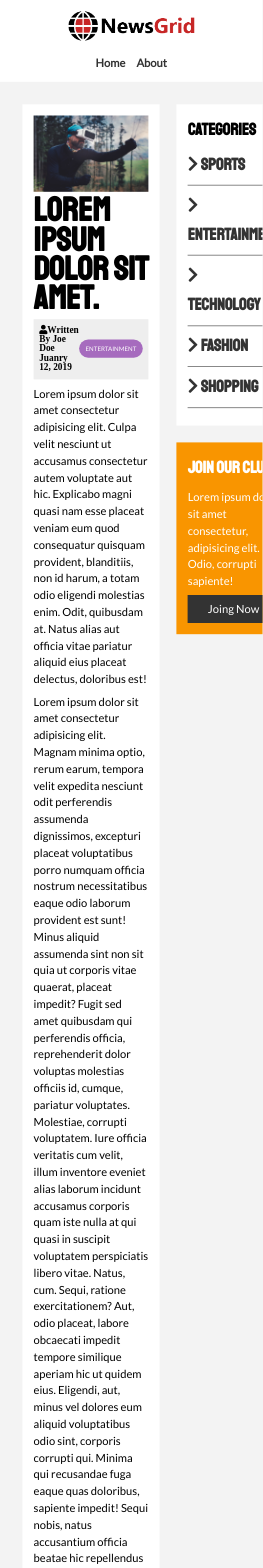
Repository: EswinGiova/NewsGrid
Page: article.html
The author's editor kept a copy of each file at every save. The page is drawn from the files as they stood at one save, then again after the next save.
The browser window is 375 px wide. The pictures show the part of the page from y = 0 to 2240 px (the page is 3350 px tall before and 3123 px after), at 70% of full size.
Some web libraries are served in a nearby version.

Above is the page before, as saved 2020-09-21 18:21:06.

### article.html
<!DOCTYPE html>
<html lang="en">
  <head>
    <meta charset="UTF-8" />
    <meta name="viewport" content="width=device-width, initial-scale=1.0" />
    <link rel="shortcut icon" type="image/x-icon" href="favicon.ico" />
    <link
      href="https://fonts.googleapis.com/css2?family=Lato&family=Staatliches&display=swap"
      rel="stylesheet"
    />
    <link rel="stylesheet" href="./css/style.css" />
    <link
      rel="stylesheet"
      media="screen and (max-width: 768px)"
      href="./css/mobile.css"
    />

    <link
      rel="stylesheet"
      href="https://cdnjs.cloudflare.com/ajax/libs/font-awesome/5.14.0/css/all.min.css"
      integrity="sha512-1PKOgIY59xJ8Co8+NE6FZ+LOAZKjy+KY8iq0G4B3CyeY6wYHN3yt9PW0XpSriVlkMXe40PTKnXrLnZ9+fkDaog=="
      crossorigin="anonymous"
    />

    <title>NewsGrid | Latest News</title>
  </head>
  <body>
    <nav id="main-nav">
      <div class="container">
        <img src="./image_resources/logo.png" alt="" class="logo" />
        <div class="social">
          <a href="#" target="_blank"><i class="fab fa-facebook fa-2x"></i></a>
          <a href="#" target="_blank"><i class="fab fa-twitter fa-2x"></i></a>
          <a href="#" target="_blank"><i class="fab fa-instagram fa-2x"></i></a>
          <a href="#" target="_blank"><i class="fab fa-youtube fa-2x"></i></a>
        </div>
        <ul>
          <li><a href="./index.html">Home</a></li>
          <li><a href="./about.html">About </a></li>
        </ul>
      </div>
    </nav>

    <section id="article">
      <div class="container">
        <div class="page-container">
          <article class="card">
            <img src="./image_resources/articles/ent1.jpg" alt="" />
            <h1 class="l-heading">Lorem ipsum dolor sit amet.</h1>
            <div class="meta">
              <small>
                <i class="fas fa-user">Written By Joe Doe Juanry 12, 2019</i>
              </small>
              <div class="category category-ent">Entertainment</div>
            </div>
            <p>
              Lorem ipsum dolor sit amet consectetur adipisicing elit. Culpa
              velit nesciunt ut accusamus consectetur autem voluptate aut hic.
              Explicabo magni quasi nam esse placeat veniam eum quod consequatur
              quisquam provident, blanditiis, non id harum, a totam odio
              eligendi molestias enim. Odit, quibusdam at. Natus alias aut
              officia vitae pariatur aliquid eius placeat delectus, doloribus
              est!
            </p>
            <p>
              Lorem ipsum dolor sit amet consectetur adipisicing elit. Magnam
              minima optio, rerum earum, tempora velit expedita nesciunt odit
              perferendis assumenda dignissimos, excepturi placeat voluptatibus
              porro numquam officia nostrum necessitatibus eaque odio laborum
              provident est sunt! Minus aliquid assumenda sint non sit quia ut
              corporis vitae quaerat, placeat impedit? Fugit sed amet quibusdam
              qui perferendis officia, reprehenderit dolor voluptas molestias
              officiis id, cumque, pariatur voluptates. Molestiae, corrupti
              voluptatem. Iure officia veritatis cum velit, illum inventore
              eveniet alias laborum incidunt accusamus corporis quam iste nulla
              at qui quasi in suscipit voluptatem perspiciatis libero vitae.
              Natus, cum. Sequi, ratione exercitationem? Aut, odio placeat,
              labore obcaecati impedit tempore similique aperiam hic ut quidem
              eius. Eligendi, aut, minus vel dolores eum aliquid voluptatibus
              odio sint, corporis corrupti qui. Minima qui recusandae fuga eaque
              quas doloribus, sapiente impedit! Sequi nobis, natus accusantium
              officia beatae hic repellendus distinctio rem quisquam doloribus
              similique delectus, architecto, ab inventore odit?
            </p>
          </article>
          <aside id="categories" class="card">
            <h2>
              categories
              <ul class="list">
                <li>
                  <a href="#"><i class="fas fa-chevron-right"></i> sports </a>
                </li>
                <li>
                  <a href="#"
                    ><i class="fas fa-chevron-right"></i> Entertainment
                  </a>
                </li>
                <li>
                  <a href="#"
                    ><i class="fas fa-chevron-right"></i> Technology
                  </a>
                </li>
                <li>
                  <a href="#"><i class="fas fa-chevron-right"></i> Fashion </a>
                </li>
                <li>
                  <a href="#"><i class="fas fa-chevron-right"></i> Shopping </a>
                </li>
              </ul>
            </h2>
          </aside>
          <aside class="card bg-secondary">
            <h2>Join Our Club</h2>
            <p>
              Lorem ipsum dolor sit amet consectetur, adipisicing elit. Odio,
              corrupti sapiente!
            </p>
            <a href="#" class="btn btn-dark btn-block">Joing Now</a>
          </aside>
        </div>
      </div>
    </section>

    <!-- footer -->
    <footer id="main-footer" class="py-2">
      <div class="container footer-container">
        <div>
          <img src="./image_resources/logo_light.png" alt="news" />
          <p>
            Lorem ipsum dolor sit amet consectetur adipisicing elit. Incidunt,
            sapiente dicta. Itaque sunt placeat veniam esse consequuntur
            expedita numquam sed.
          </p>
        </div>
        <div>
          <h3>Email Newsletter</h3>
          <p>
            Lorem ipsum dolor sit amet consectetur adipisicing elit. Dolorum,
            nulla!
          </p>
          <form>
            <input type="email" placeholder="Enter Email..." />
            <input type="submit" value="subscribe" class="btn btn-primary" />
          </form>
        </div>
        <div>
          <h3>Site Links</h3>
          <ul class="list">
            <li><a href="#">Help and Support</a></li>
            <li><a href="#">Privacy Policy</a></li>
            <li><a href="#">About Us</a></li>
            <li><a href="#">Contact</a></li>
          </ul>
        </div>
        <div>
          <h2>Joing Our CLub</h2>
          <p>
            Lorem, ipsum dolor sit amet consectetur adipisicing elit. Natus,
            quasi?
          </p>
          <a href="#" class="btn btn-secondary">Join News</a>
        </div>
        <div>
          <p>Copyright &Copy: 2019, All Rights Reserved</p>
        </div>
      </div>
    </footer>
  </body>
</html>

### css/style.css
:root {
  --primary-color: #c72727;
  --secondary-color: #f99500;
  --light-color: #f3f3f3;
  --dark-color: #333;
  --max-width: 1100px;
}

.category {
  --sports-color: #f99500;
  --ent-color: #a66bbe;
  --tech-color: #009cff;
}
* {
  margin: 0;
  padding: 0;
  box-sizing: border-box;
}
body {
  font-family: 'Lato', sans-serif !important;
  line-height: 1.5;
  background: var(--light-color);
}

a {
  color: var(--dark-color);
  text-decoration: none;
}

ul {
  list-style: none;
}
p {
  margin: 0.5rem 0;
}

img {
  width: 100%;
}

h1,
h2,
h3,
h4,
h5,
h6 {
  font-family: 'Staatliches', cursive;
  margin-bottom: 0.55rem;
  line-height: 2.6rem;
}

/*  utility class */

.container {
  max-width: var(--max-width);
  margin: auto;
  padding: 0 2rem;
  overflow: hidden;
}

/* category */

.category {
  display: inline-block;
  color: #fff;
  font-size: 0.55rem;
  text-transform: uppercase;
  padding: 0.4rem 0.6rem;
  border-radius: 15px;
  margin-bottom: 0.5rem;
}

.category-sports {
  background: var(--sports-color);
}
.category-ent {
  background: var(--ent-color);
}
.category-tech {
  background: var(--tech-color);
}

/* btn */

.btn {
  display: inline-block;
  border: none;
  background: var(--dark-color);
  color: #fff;
  padding: 0.5rem 1.5rem;
}

.btn-light {
  background: var(--light-color);
}
.btn-primary {
  background: var(--primary-color);
}
.btn-secondary {
  background: var(--secondary-color);
}
.btn:hover {
  opacity: 0.8;
}

.btn-block {
  display: block;
  width: 100%;
  text-align: center;
}

/* cards */

.card {
  background: white;
  padding: 1rem;
}

.bg-dark {
  background: var(--dark-color);
  color: white;
}
.bg-primary {
  background: var(--primary-color);
  color: white;
}
.bg-secondary {
  background: var(--secondary-color);
  color: #fff;
}
.py-1 {
  padding: 1.5rem 0;
}
.py-2 {
  padding: 2rem 0;
}
.py-3 {
  padding: 3rem 0;
}
.p-1 {
  padding: 1.5rem;
}
.p-2 {
  padding: 2rem;
}
.p-3 {
  padding: 3rem;
}

.l-heading {
  font-size: 3rem;
}

.bg-dark h1,
.bg-dark h2,
.bg-dark h3,
.bg-dark a,
.bg-primary h1,
.bg-primary h2,
.bg-primary h3,
.bg-primary a,
.bg-secondary h1,
.bg-secondary h2,
.bg-secondary h3,
.bg-secondary a {
  color: #fff;
}

.list li {
  padding: 0.5rem 0;
  border-bottom: 1px solid #555;
  width: 90%;
}
.list li a:hover {
  color: var(--primary-color) !important;
}

/* inner page container */
.page-container {
  display: grid;
  grid-template-columns: 5fr 2fr;
  margin: 2rem 0;
  grid-gap: 1.5rem;
}
.page-container > *:first-child {
  grid-row: 1 / span 3;
}

/* Navigation */
#main-nav {
  background: #fff;
  position: sticky;
  top: 0;
  z-index: 2;
}

#main-nav .container {
  display: grid;
  grid-template-columns: 6fr 3fr 2fr;
  padding: 1rem;
  align-items: center;
}

#main-nav .logo {
  width: 180px;
}

#main-nav ul {
  display: flex;
  justify-self: end;
}

#main-nav ul li a {
  padding: 0.77rem;
  font-weight: bold;
}

#main-nav ul li .current {
  background: var(--primary-color);
  color: white;
}

#main-nav ul li .current:hover {
  background: var(--light-color);
  color: var(--dark-color);
}
#main-nav .social {
  justify-self: center;
}

#main-nav .social i {
  color: #777;
  margin-left: 0.5rem;
}

/* showcase */
#showcase {
  background: #333;
  color: #fff;
  position: relative;
}

#showcase:before {
  content: '';
  background: url('../image_resources/featured.jpg') center center/cover;
  position: absolute;
  top: 0;
  left: 0;
  width: 100%;
  height: 100%;
  opacity: 0.4;
}
#showcase .showcase-container {
  height: 50vh;
  display: grid;
  grid-template-columns: repeat(2, 1fr);
  justify-content: center;
  align-content: center;
}
#showcase .showcase-container .showcase-content {
  z-index: 2;
  text-align: justify;
}
#showcase .showcase-container .showcase-content p {
  margin: 1rem 0;
}
/* Home Articles  */

#home-articles .articles-container {
  display: grid;
  grid-template-columns: repeat(3, 1fr);
  grid-gap: 1rem;
}

#home-articles .articles-container > *:first-child,
#home-articles .articles-container > *:last-child {
  display: grid;
  grid-template-columns: repeat(2, 1fr);
  grid-column: 1 / span 2;
  grid-gap: 1rem;
  align-items: center;
}
#home-articles .articles-container > *:last-child {
  grid-column: 2 / span 2;
}

#article .meta {
  display: flex;
  justify-content: space-between;

  align-items: center;
  background: #eee;
  padding: 0.5rem;
}

#article .meta .category {
  margin-top: 0.4rem;
}

/* footer */
#main-footer {
  background: var(--dark-color);
  color: #fff;
}

#main-footer img {
  width: 150px;
}

#main-footer a {
  color: #fff;
}

#main-footer .footer-container {
  display: grid;
  grid-template-columns: repeat(4, 1fr);
  grid-gap: 1.5rem;
}

#main-footer .footer-container > *:last-child {
  grid-column: 1 / span 4;
  text-align: center;
  background: #444;

  font-size: 0.75rem;
  padding: 0.5rem;
}

#main-footer .footer-container input[type='email'] {
  width: 90%;
  padding: 0.5rem;
  margin-bottom: 0.4rem;
}

#main-footer .footer-container input[type='submit'] {
  width: 90%;
}

/* about our page  */

### css/mobile.css
/* Navigation  */
#main-nav .social {
  display: none;
}

#main-nav .container {
  grid-template-columns: 1fr;
  grid-gap: 1.2rem;
}

#main-nav ul,
#main-nav .logo {
  justify-self: center;
}

#main-nav ul li a {
  padding: 0.5rem;
}
#home-articles .articles-container {
  grid-template-columns: repeat(2, 1fr);
}
#home-articles .articles-container > *:first-child,
#home-articles .articles-container > *:last-child {
  grid-template-columns: 1fr;
  grid-column: 1;
}
@media (max-width: 600px) {
  /* stack grid items */

  #showcase .showcase-container,
  #home-articles .articles-container,
  #main-footer .footer-container {
    grid-template-columns: 1fr;
  }

  #main-footer .footer-container > *:last-child {
    grid-column: 1;
  }

  #main-footer .footer-container > *:first-child,
  #main-footer .footer-container > *:nth-child(2) {
    border-bottom: #444 dotted 1px;
    padding-bottom: 1rem;
  }
}

After the next save:
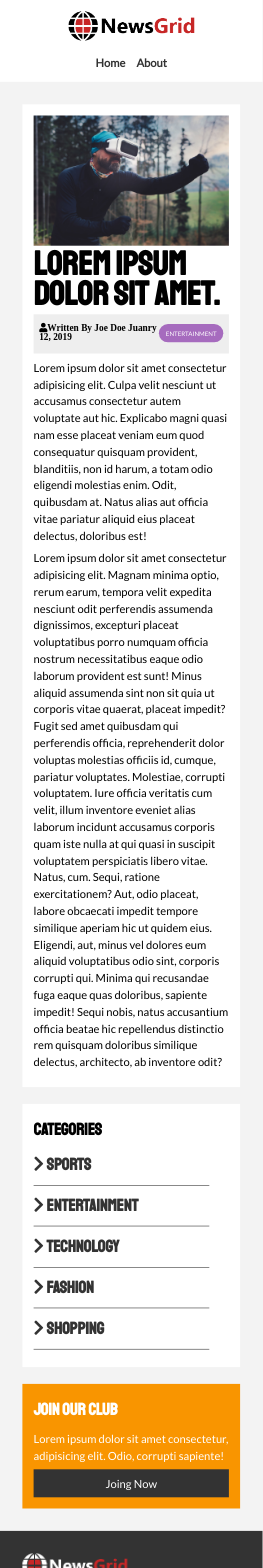
Saved 55 s later.
--- a/css/mobile.css
+++ b/css/mobile.css
@@ -42,4 +42,7 @@
     border-bottom: #444 dotted 1px;
     padding-bottom: 1rem;
   }
+  .page-container {
+    grid-template-columns: 1fr;
+  }
 }
